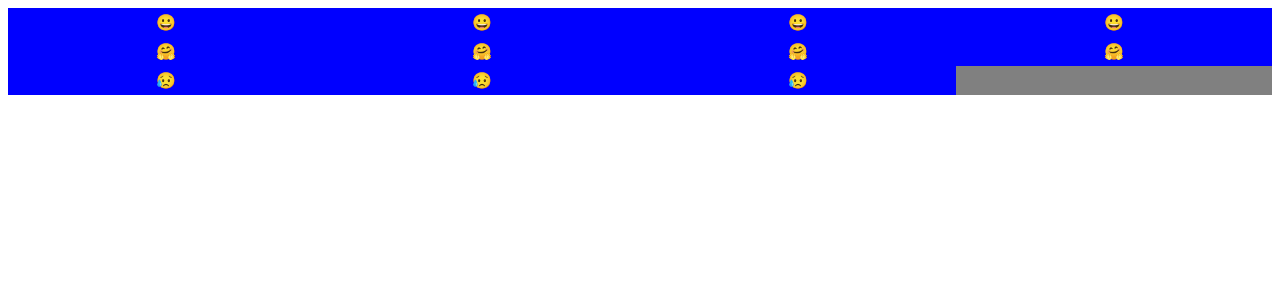
Repository: Sarah7223/internet-programming-tp
Page: TP1/ex4.html
An editor plug-in stored every save of this project. The page is shown before and after the next save, followed by the edit.
The browser window is 1280 px wide. The pictures show the whole page.

Above is the page before, as saved 2022-12-23 15:06:36.

After the next save:
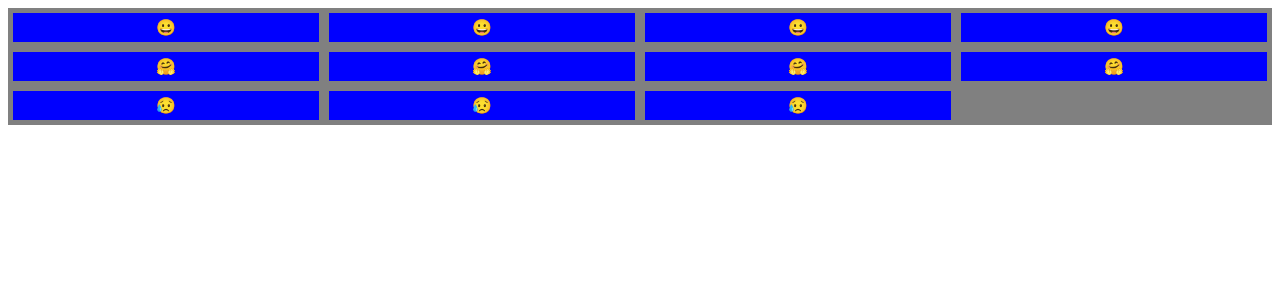
Saved 21 s later.
--- a/TP1/ex4.html
+++ b/TP1/ex4.html
@@ -8,7 +8,6 @@
                 display: flex;
                 align-items: stretch;
                 flex-wrap: wrap;
-                background-color: grey;
             }
             .column-wrapper{
                 display: flex;
@@ -20,6 +19,7 @@
             .box{
                 background-color: blue;
                 padding: 5px;
+                margin: 5px;
                 text-align: center;
             }
         </style>
